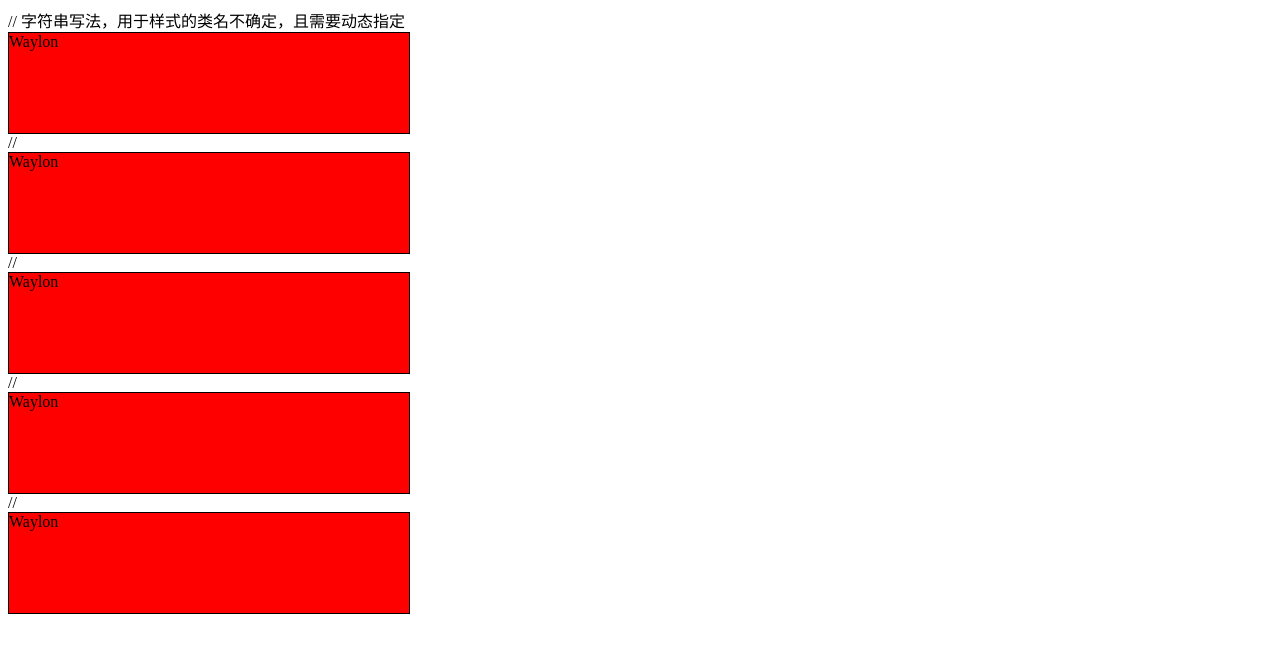
Repository: WAY-C/JSCodes
Page: Vue/10绑定样式/1绑定样式.html
These files come from the project's save history. The page is drawn as it stood at one moment and after the next save; the edit follows.
The browser window is 1280 px wide. The pictures show the whole page.

Above is the page before, as saved 2021-08-29 14:31:12.

### Vue/10绑定样式/1绑定样式.html
<!DOCTYPE html>
<html lang="en">

<head>
    <meta charset="UTF-8">
    <meta http-equiv="X-UA-Compatible" content="IE=edge">
    <meta name="viewport" content="width=device-width, initial-scale=1.0">
    <title>绑定样式</title>
    <script src="../js/vue.js"></script>
    <style>
        .basic {
            width: 400px;
            height: 100px;
            border: 1px solid #000;
        }

        .happy {
            background-color: red;
        }

        .sad {
            background-color: #999;
            border-color: green;
        }

        .normal {
            background-color: skyblue;
        }

        .style1 {
            background-color: #a78;
        }

        .style2 {
            font-size: 20px;
            text-shadow: #a78;
        }

        .style3 {
            text-decoration: dotted;
        }

    </style>
</head>

<body>
    <div id="root">
        // 字符串写法，用于样式的类名不确定，且需要动态指定
        <div class="basic" :class="mood" @click="changeMood">{{name}}</div>
        //
        <div class="basic" :class="mood">{{name}}</div>
        //
        <div class="basic" :class="mood">{{name}}</div>
        //
        <div class="basic" :class="mood">{{name}}</div>
        //
        <div class="basic" :class="mood">{{name}}</div>
    </div>
</body>
<script>
    Vue.config.productionTip = false;
    const vm = new Vue({
        el: '#root',
        data: {
            name: 'Waylon',
            mood: 'happy'
        },
        methods: {
            changeMood() {
                const moods = ['happy', 'sad', 'normal'];
                const index = Math.floor(Math.random() * 3);
                this.mood = moods[index];
            }
        }
    })
</script>

</html>

Loaded but not shown: Vue/js/vue.js (library)

After the next save:
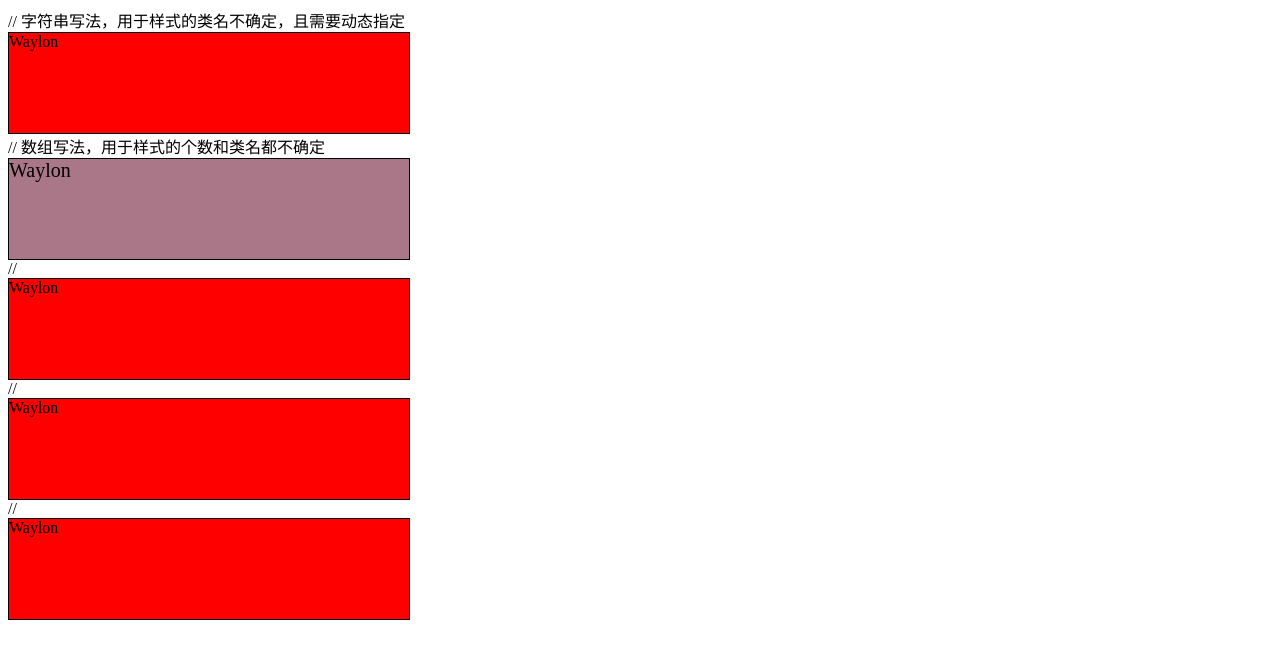
Saved 2 min 13 s later.
--- a/Vue/10绑定样式/1绑定样式.html
+++ b/Vue/10绑定样式/1绑定样式.html
@@ -47,8 +47,8 @@
     <div id="root">
         // 字符串写法，用于样式的类名不确定，且需要动态指定
         <div class="basic" :class="mood" @click="changeMood">{{name}}</div>
-        //
-        <div class="basic" :class="mood">{{name}}</div>
+        // 数组写法，用于样式的个数和类名都不确定
+        <div class="basic" :class="classArr">{{name}}</div>
         //
         <div class="basic" :class="mood">{{name}}</div>
         //
@@ -63,7 +63,8 @@
         el: '#root',
         data: {
             name: 'Waylon',
-            mood: 'happy'
+            mood: 'happy',
+            classArr: ['style1', 'style2', 'style3']
         },
         methods: {
             changeMood() {
